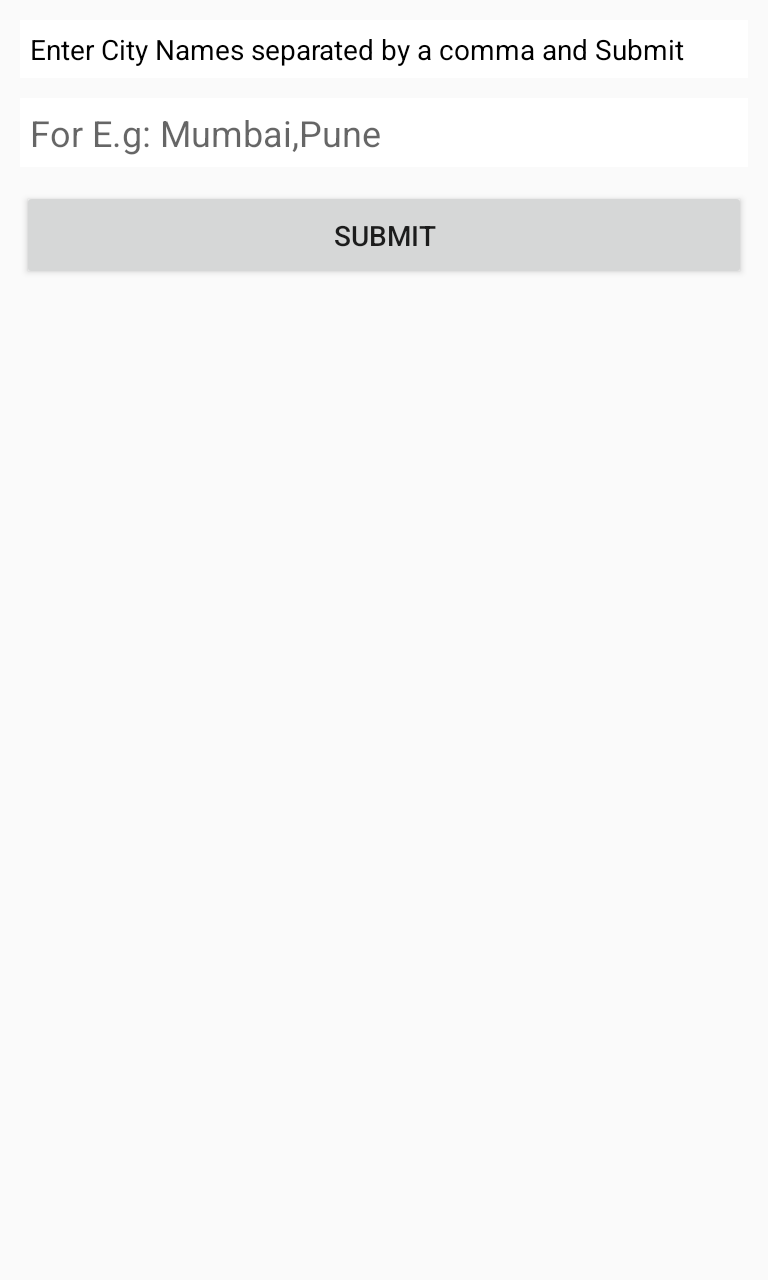
Repository: bhameamit/LeftShiftTask
Layout: LeftShiftTask/LeftShiftTak/res/layout/activity_main.xml
These files come from the project's save history. The layout is drawn as it stood at one moment and after the next save; the edit follows.
It is drawn on a 768 x 1280 px phone screen (xhdpi) without system bars, with theme AppTheme; the app's code is not run.

Above is the layout before, as saved 2015-02-19 20:49:15.

### LeftShiftTask/LeftShiftTak/res/layout/activity_main.xml
<LinearLayout xmlns:android="http://schemas.android.com/apk/res/android"
    xmlns:tools="http://schemas.android.com/tools"
    android:layout_width="match_parent"
    android:layout_height="match_parent"
    android:orientation="vertical"
    android:padding="10dp"
    tools:context="com.example.leftshifttak.MainActivity" >

    <TextView
        android:layout_width="match_parent"
        android:layout_height="wrap_content"
        android:background="@android:color/white"
        android:padding="5dp"
        android:text="@string/info"
        android:textColor="@android:color/black" />

    <LinearLayout
        android:layout_width="match_parent"
        android:layout_height="10dp" >
    </LinearLayout>

    <EditText
        android:id="@+id/city1"
        android:layout_width="match_parent"
        android:layout_height="wrap_content"
        android:background="@android:color/white"
        android:padding="5dp"
        android:hint="@string/example" />

    <LinearLayout
        android:layout_width="match_parent"
        android:layout_height="10dp" >
    </LinearLayout>

    <Button
        android:id="@+id/send_city"
        android:layout_width="match_parent"
        android:layout_height="wrap_content"
        android:text="Submit" />

</LinearLayout>

### LeftShiftTask/LeftShiftTak/res/values/strings.xml
<?xml version="1.0" encoding="utf-8"?>
<resources>

    <string name="app_name">LeftShiftTak</string>
    <string name="hello_world">Hello world!</string>
    <string name="action_settings">Settings</string>
    <string name="title_activity_list_cities">ListCitiesActivity</string>

    <string name="info">Enter City Names separated by a comma and Submit</string>
    <string name="example">For E.g: Mumbai,Pune</string>

</resources>

Loaded but not shown: LeftShiftTask/LeftShiftTak/res/values/styles.xml (common file); LeftShiftTask/LeftShiftTak/res/values-v11/styles.xml (common file); LeftShiftTask/LeftShiftTak/res/values-v14/styles.xml (common file)

After the next save:
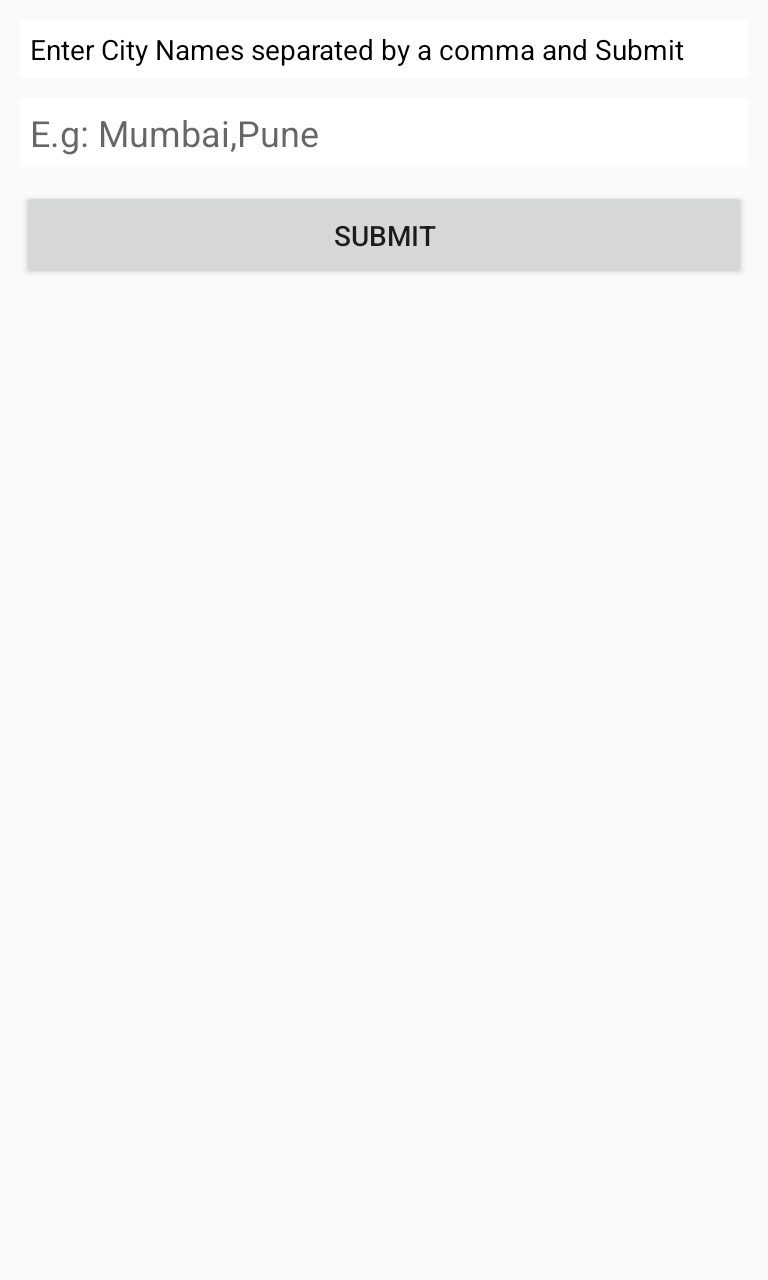
Saved 9 s later.
--- a/LeftShiftTask/LeftShiftTak/res/values/strings.xml
+++ b/LeftShiftTask/LeftShiftTak/res/values/strings.xml
@@ -7,6 +7,6 @@
     <string name="title_activity_list_cities">ListCitiesActivity</string>
 
     <string name="info">Enter City Names separated by a comma and Submit</string>
-    <string name="example">For E.g: Mumbai,Pune</string>
+    <string name="example">E.g: Mumbai,Pune</string>
 
 </resources>
